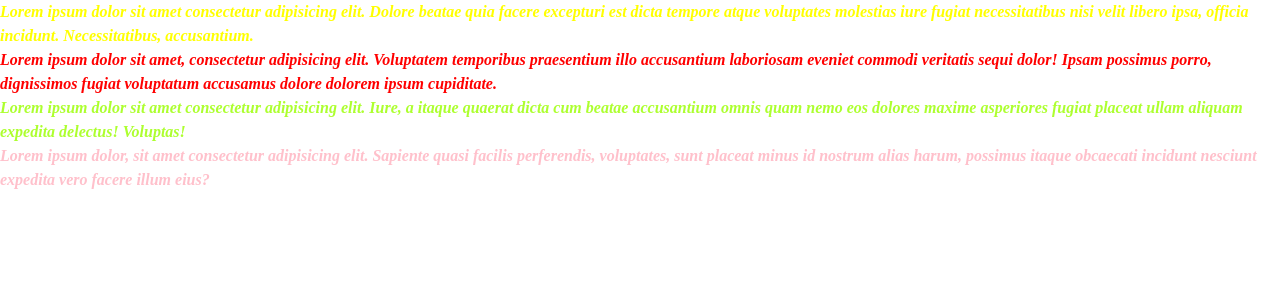
Repository: nguyenkien12345/Master-Css
Page: 1 so thuoc tinh css dac biet/index.html
The author's editor kept a copy of each file at every save. The page is drawn from the files as they stood at one save, then again after the next save.
The browser window is 1280 px wide. The pictures show the whole page.

Above is the page before, as saved 2023-09-10 22:55:53.

After the next save:
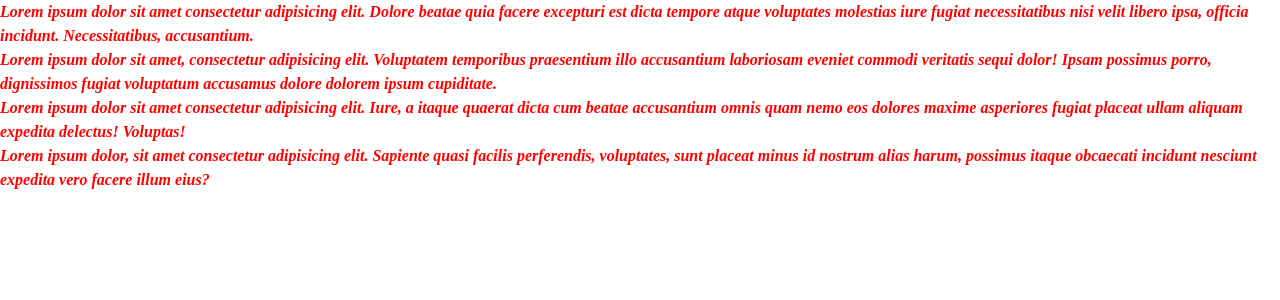
Saved 9 s later.
--- a/1 so thuoc tinh css dac biet/index.html
+++ b/1 so thuoc tinh css dac biet/index.html
@@ -125,6 +125,7 @@
           font-size: 16px;
           font-weight: 600;
           font-style: italic;
+          color: red
         }
     </style>
 
